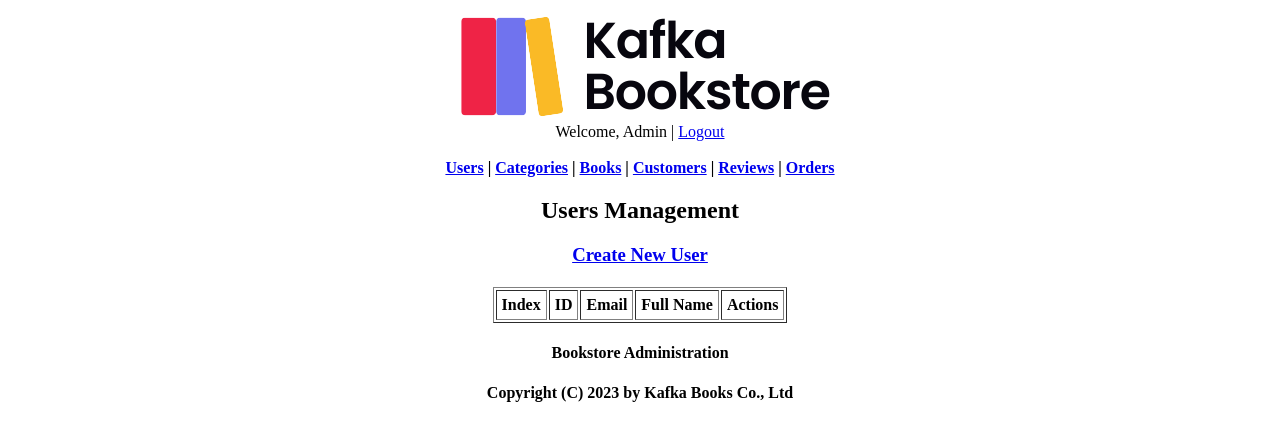
Repository: janvi2502/BookStore
Page: http://localhost/BookStoreWebsite/admin/category_list.jsp
An editor plug-in stored every save of this project. The page is shown before and after the next save, followed by the edit.
The browser window is 1280 px wide. The pictures show the whole page.
The page is served by Tomcat 10. Nobody is signed in. The application's start-up code is not run.

Above is the page before, as saved 2023-12-26 14:38:28.

After the next save:
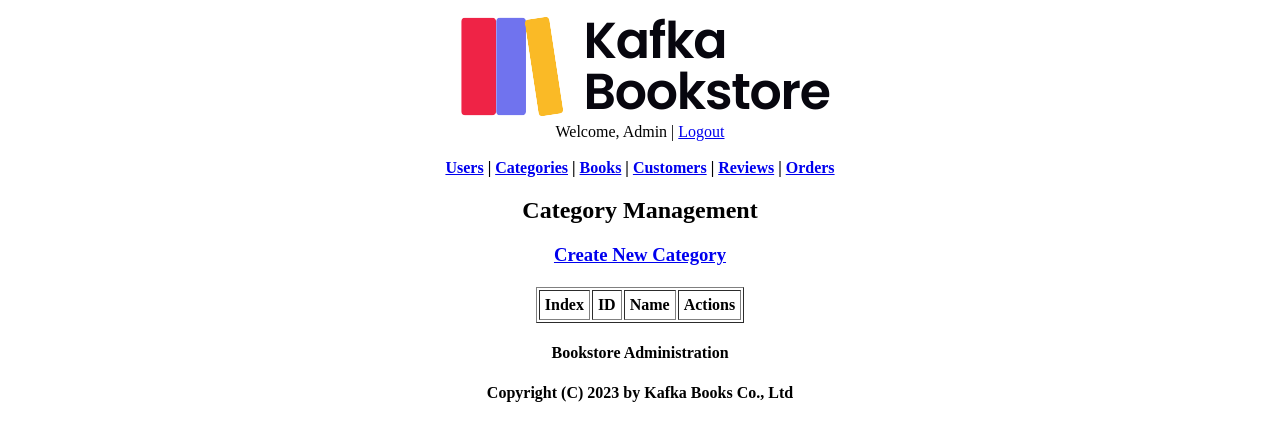
Saved 47 s later.
--- a/BookStoreWebsite/WebContent/admin/category_list.jsp
+++ b/BookStoreWebsite/WebContent/admin/category_list.jsp
@@ -5,14 +5,14 @@
 <html>
 <head>
 <meta charset="UTF-8">
-<title>Manage Category - Kafka Bookstore Administration</title>
+<title>Manage Categories - Kafka Bookstore Administration</title>
 </head>
 <body>
 	<jsp:directive.include file="header.jsp" />
 	<div align="center">
-		<h2>Users Management</h2>
+		<h2>Category Management</h2>
 		<h3>
-			<a href="user_form.jsp">Create New User</a>
+			<a href="category_form.jsp">Create New Category</a>
 		</h3>
 	</div>
 
@@ -25,8 +25,7 @@
 			<tr>
 				<th>Index</th>
 				<th>ID</th>
-				<th>Email</th>
-				<th>Full Name</th>
+				<th>Name</th>
 				<th>Actions</th>
 			</tr>
 			<c:forEach var="user" items="${listUsers}" varStatus="status">
